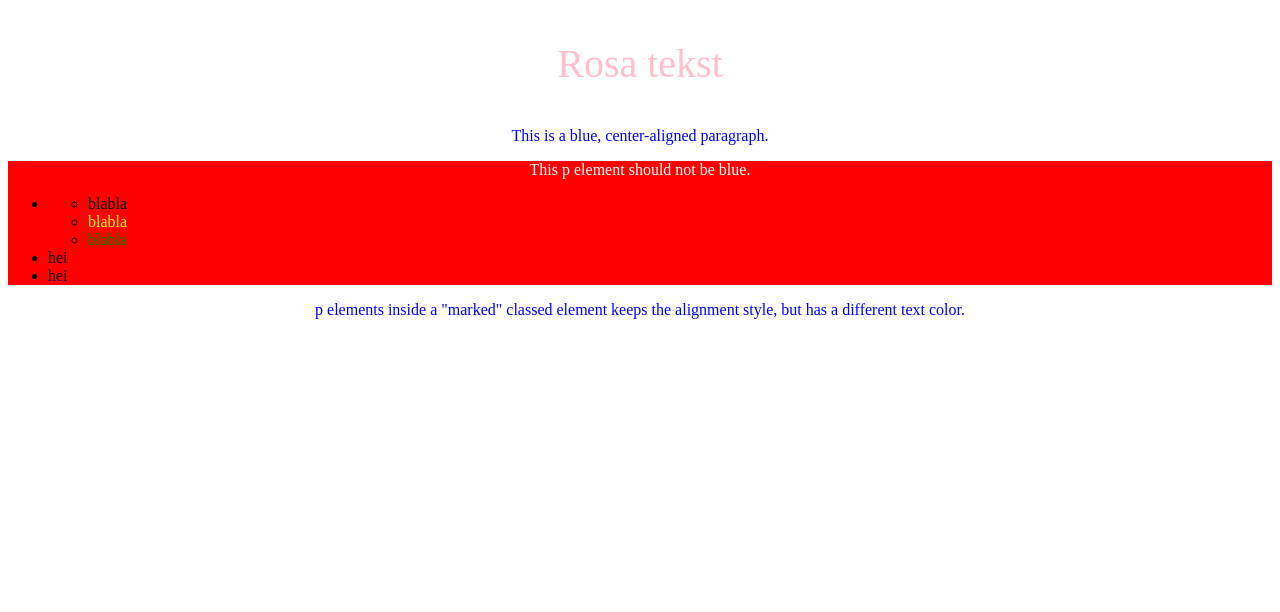
Repository: mesan/css-kurs
Page: kode/wroom/html-snippets/noNO.html
These files come from the project's save history. The page is drawn as it stood at one moment and after the next save; the edit follows.
The browser window is 1280 px wide. The pictures show the whole page.

Above is the page before, as saved 2013-01-16 11:35:21.

After the next save:
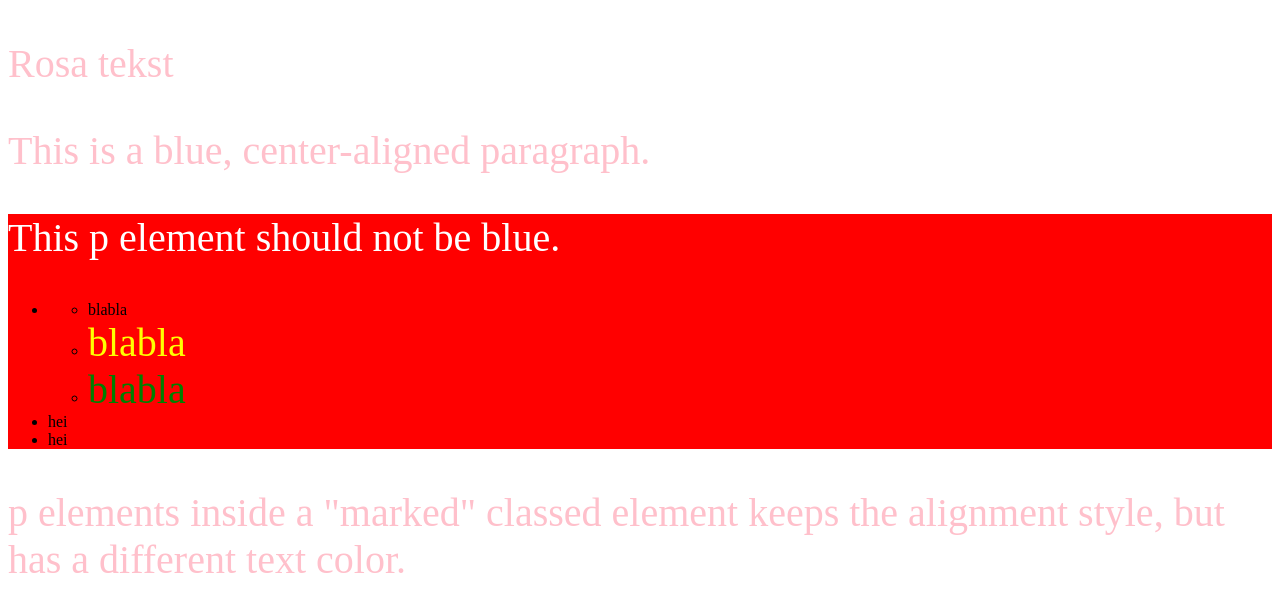
Saved 98 min 28 s later.
--- a/kode/wroom/html-snippets/noNO.html
+++ b/kode/wroom/html-snippets/noNO.html
@@ -3,8 +3,10 @@
 	<head>
 		<style>
 			p {
-				color: blue;
-				text-align: center;
+				color: pink;
+				font-size: 40px;
+				/*color: blue;
+				text-align: center;*/
 			}
 			.marked {
 				background-color: red;
@@ -26,7 +28,13 @@
 	</head>
 
 	<body>
-		<p style="color: pink; font-size: 40px;">Rosa tekst</p>
+
+		<p>Rosa tekst</p>
+
+	</body>
+
+
+
 		<p>
 			This is a blue, center-aligned paragraph.
 		</p>
